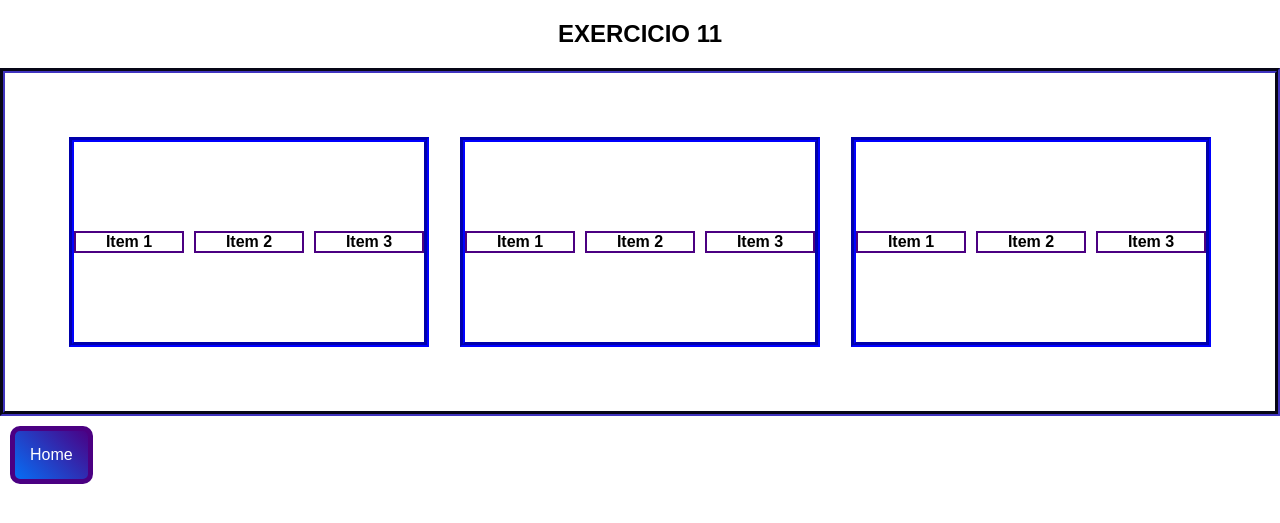
Repository: Elianmrey/TP1-Mobile-First
Page: EXERCISES/EX_11/index.html
An editor plug-in stored every save of this project. The page is shown before and after a run of saves, followed by the edit.
The browser window is 1280 px wide. The pictures show the whole page.

Above is the page before, as saved 2024-08-04 22:39:31.

### EXERCISES/EX_11/index.html
<!DOCTYPE html>
<html lang="en">

<head>
  <link href="style.css" rel="stylesheet" type="text/css" />
  <meta charset="UTF-8">
  <meta name="viewport" content="width=device-width, initial-scale=1.0">
  <title>Document</title>
</head>
<body>

  <div class="titulo">
    <h2>EXERCICIO 11</h2>
  </div>

  <div class="container-principal">

    <div class="container-horizontais">

  <div class="item">Item 1</div>
  <div class="item">Item 2</div>
  <div class="item">Item 3 </div>

</div>

<div class="container-horizontais">

<div class="item">Item 1</div>
<div class="item">Item 2</div>
<div class="item">Item 3 </div>
</div>

<div class="container-horizontais">

  <div class="item">Item 1</div>
  <div class="item">Item 2</div>
  <div class="item">Item 3 </div>
</div>

  </div>
<a href="/../index.html" class="link-home">Home</a>
</body>

</html>

### EXERCISES/EX_11/style.css
body
{
margin: 0;
padding: 0;
font-family: sans-serif;
}
.titulo
{
  text-align: center;
}

.container-principal
{
  display: flex;
  justify-content: space-between;
  gap: 10px;
  border: groove 5px rgb(36, 29, 107);
  padding: 5%;
  width: ;
}
.container-horizontais
{
  display: flex;
  flex-direction: row;
  border: groove 5px blue;
  gap: 10px;
  width: 350px;
  height: 200px;
  justify-content: center;
  align-items: center;
}

 .item
 {
display: flex;
justify-content: center;
width: 200px;
list-style: none;
font-family: sans-serif;
font-weight: 600;
border: solid 2px indigo;
}

.link-home
{
  position: absolute;
  margin: 10px;
  padding: 15px;
  text-decoration: none;
  color: white;
  border: solid 5px indigo;
  border-radius: 10px;;
  background: linear-gradient(45deg, rgb(6, 110, 245), rgb(74, 1, 133))
}

After the next 2 saves:
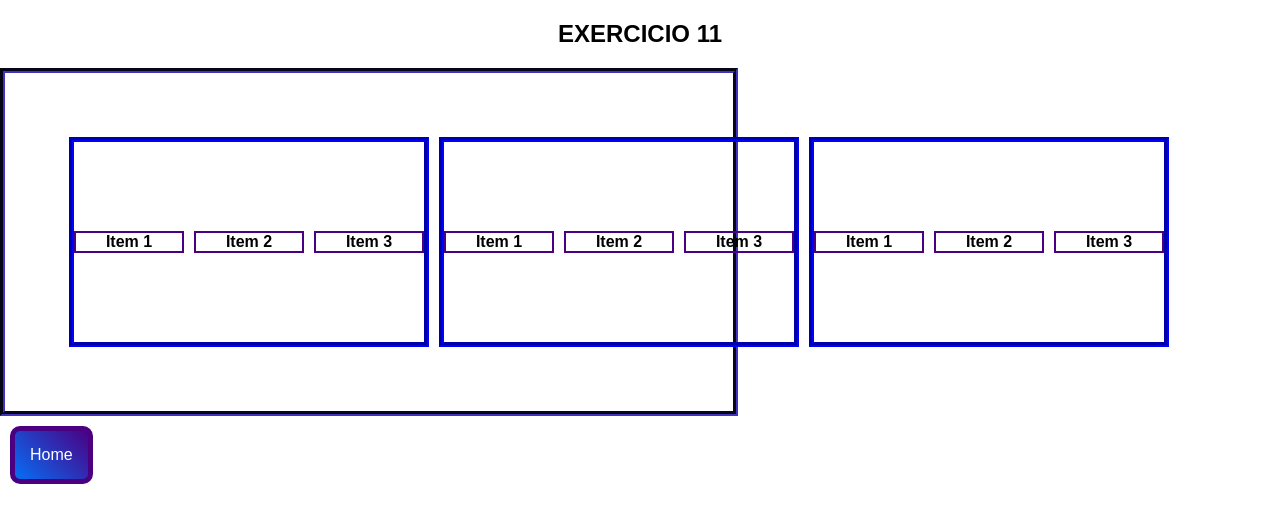
The 2 saves are shown as one change because they came seconds apart.
The last was saved 9 s later.
--- a/EXERCISES/EX_11/style.css
+++ b/EXERCISES/EX_11/style.css
@@ -16,7 +16,7 @@ font-family: sans-serif;
   gap: 10px;
   border: groove 5px rgb(36, 29, 107);
   padding: 5%;
-  width: ;
+  width: 600px;
 }
 .container-horizontais
 {
